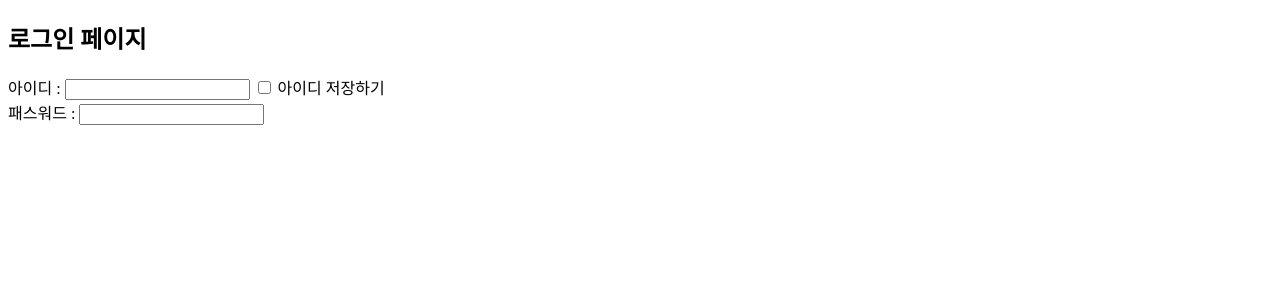
Repository: bhj305/JSP_Servlet
Page: http://localhost/MustHaveJSP/04Cookie/IdSaveMain.jsp
An editor plug-in stored every save of this project. The page is shown before and after the next save, followed by the edit.
The browser window is 1280 px wide. The pictures show the whole page.
The page is served by Tomcat 10. Other server files are loaded and not shown.

Above is the page before, as saved 2025-05-07 06:50:40.

### MustHaveJSP/src/main/webapp/04Cookie/IdSaveMain.jsp
<%@page import="utils.CookieManager"%>
<%@ page language="java" contentType="text/html; charset=UTF-8"
    pageEncoding="UTF-8"%>

<%
String loginId = CookieManager.readCookie(request, "loginId");

String cookieCheck = "";
if(!loginId.equals("")){
	cookieCheck = "checked";
}
%>
<!DOCTYPE html>
<html>
	<head>
	<meta charset="UTF-8">
	<title>Cookie - 아이디 저장하기</title>
	</head>
	<body>
		<h2>로그인 페이지</h2>
		<form action="IdSaveProcess.jsp" method="post">
		아이디 : <input type="text" name="user_id" value="<%= loginId %>" />
			<input type = "checkbox" name="save_check" value = "<%= cookieCheck %>" />
			아이디 저장하기
		<br/>
		패스워드 : <input type="text" name="user_pw" />
		<br/>
		</form>

	</body>
</html>

### MustHaveJSP/src/main/java/utils/CookieManager.java
package utils;

import jakarta.servlet.http.Cookie;
import jakarta.servlet.http.HttpServletRequest;
import jakarta.servlet.http.HttpServletResponse;

public class CookieManager
{
	public static void makeCookie(HttpServletResponse response, String cName,
			String cValue, int cTime) {
		Cookie cookie = new Cookie(cName, cValue);
		cookie.setPath("/");
		cookie.setMaxAge(cTime);
		response.addCookie(cookie);
	}

	public static String readCookie(HttpServletRequest request, String cName) {
		String cookieValue = "";

		Cookie[] cookies = request.getCookies();
		if(cookies != null) {
			for(Cookie c : cookies) {
				String cookieName = c.getName();
				if(cookieName.equals(cName)) {
					cookieValue = c.getValue();
				}
			}
		}
		return cookieValue;
	}

	public static void deleteCookie(HttpServletResponse response, String cName) {
		makeCookie(response, cName, "", 0);
	}
}

After the next save:
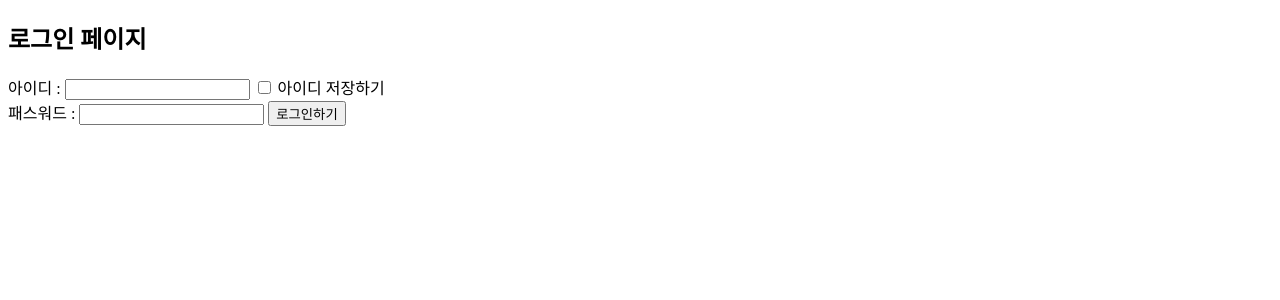
Saved 27 s later.
--- a/MustHaveJSP/src/main/webapp/04Cookie/IdSaveMain.jsp
+++ b/MustHaveJSP/src/main/webapp/04Cookie/IdSaveMain.jsp
@@ -24,6 +24,7 @@ if(!loginId.equals("")){
 			아이디 저장하기
 		<br/>
 		패스워드 : <input type="text" name="user_pw" />
+		<input type="submit" value="로그인하기" />
 		<br/>
 		</form>
 
